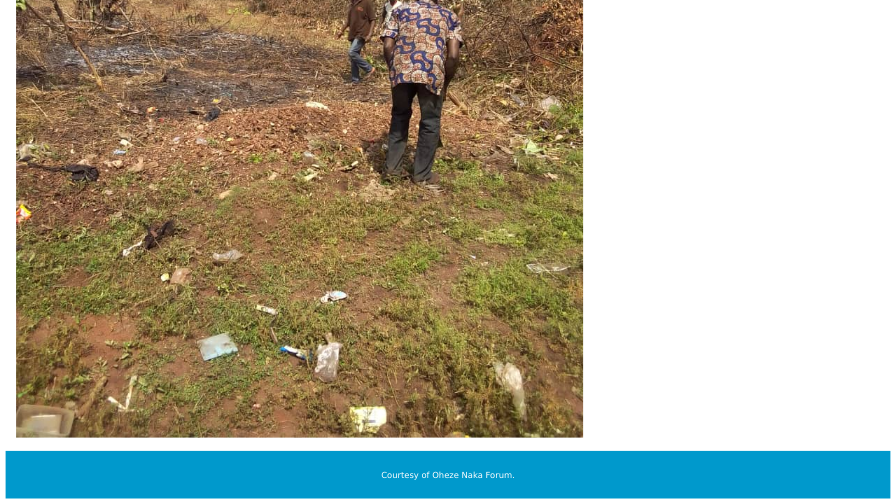
Repository: OtasowieRotimiOsifo/oheze-naka-forum
Page: projects_update_info.html
An editor plug-in stored every save of this project. The page is shown before and after the next save, followed by the edit.
The browser window is 1280 px wide. The pictures show the part of the page from y = 863 to 2783 px (the page is 1583 px tall before and 2783 px after), at 70% of full size.

Above is the page before, as saved 2021-07-23 23:35:55.

### projects_update_info.html
<!DOCTYPE html>
<html lang="en">

<meta name="viewport" content="width=device-width, initial-scale=1.0">
<style>
* {
  box-sizing: border-box;
}

.row::after {
  content: "";
  clear: both;
  display: table;
}

[class*="col-"] {
  float: left;
  padding: 15px;
}

html {
  font-family: "Lucida Sans", sans-serif;
}

.header {
  background-color: #9933cc;
  color: #ffffff;
  padding: 15px;
}

.menu ul {
  list-style-type: none;
  margin: 0;
  padding: 0;
}

.menu li {
  padding: 8px;
  margin-bottom: 7px;
  background-color: #33b5e5;
  color: #ffffff;
  box-shadow: 0 1px 3px rgba(0,0,0,0.12), 0 1px 2px rgba(0,0,0,0.24);
}

.menu li:hover {
  background-color: #0099cc;
}

.aside {
  background-color: #4E38A9;
  padding: 15px;
  color: #ffffff;
  text-align: center;
  font-size: 14px;
  box-shadow: 0 1px 3px rgba(0,0,0,0.12), 0 1px 2px rgba(0,0,0,0.24);
}

.footer {
  background-color: #0099cc;
  color: #ffffff;
  text-align: center;
  font-size: 12px;
  padding: 15px;
}

/* For mobile phones: */
[class*="col-"] {
  width: 100%;
}

@media only screen and (min-width: 600px) {
  /* For tablets: */
  .col-s-1 {width: 8.33%;}
  .col-s-2 {width: 16.66%;}
  .col-s-3 {width: 25%;}
  .col-s-4 {width: 33.33%;}
  .col-s-5 {width: 41.66%;}
  .col-s-6 {width: 50%;}
  .col-s-7 {width: 58.33%;}
  .col-s-8 {width: 66.66%;}
  .col-s-9 {width: 75%;}
  .col-s-10 {width: 83.33%;}
  .col-s-11 {width: 91.66%;}
  .col-s-12 {width: 100%;}
}
@media only screen and (min-width: 768px) {
  /* For desktop: */
  .col-1 {width: 8.33%;}
  .col-2 {width: 16.66%;}
  .col-3 {width: 25%;}
  .col-4 {width: 33.33%;}
  .col-5 {width: 41.66%;}
  .col-6 {width: 50%;}
  .col-7 {width: 58.33%;}
  .col-8 {width: 66.66%;}
  .col-9 {width: 75%;}
  .col-10 {width: 83.33%;}
  .col-11 {width: 91.66%;}
  .col-12 {width: 100%;}
}
</style>
<head>
<title> Project Updates </title>
</head>
<body>

<div class="header">
  <h1>Project Updates</h1>
</div>
<div class="row">
  <h2>Primary School Renovation Project</h2>
  <div class="col-8 col-s-9">

      <ul>
        <li>Preparation of land for the construction of a new block of three classrooms</li>
        <li>Purchase of building materials for the construction project</li>
        <li>Moulding of blocks that will be used for the construction</li>
      </ul>
    </div>
  </div>
  <div class="row">
    <h2>Land Preparation</h2>
    <span>Preparation of the parcel of land for the project was performed by the indigenes residing in the village</span>
    <div  class="col-12 col-s-12">
      <img src="project_updates/ground-preparation.jpeg"/>
  </div>
  </div>

<div class="footer">
  <p>Courtesy of Oheze Naka Forum.</p>
</div>

</body>
</html>

After the next save:
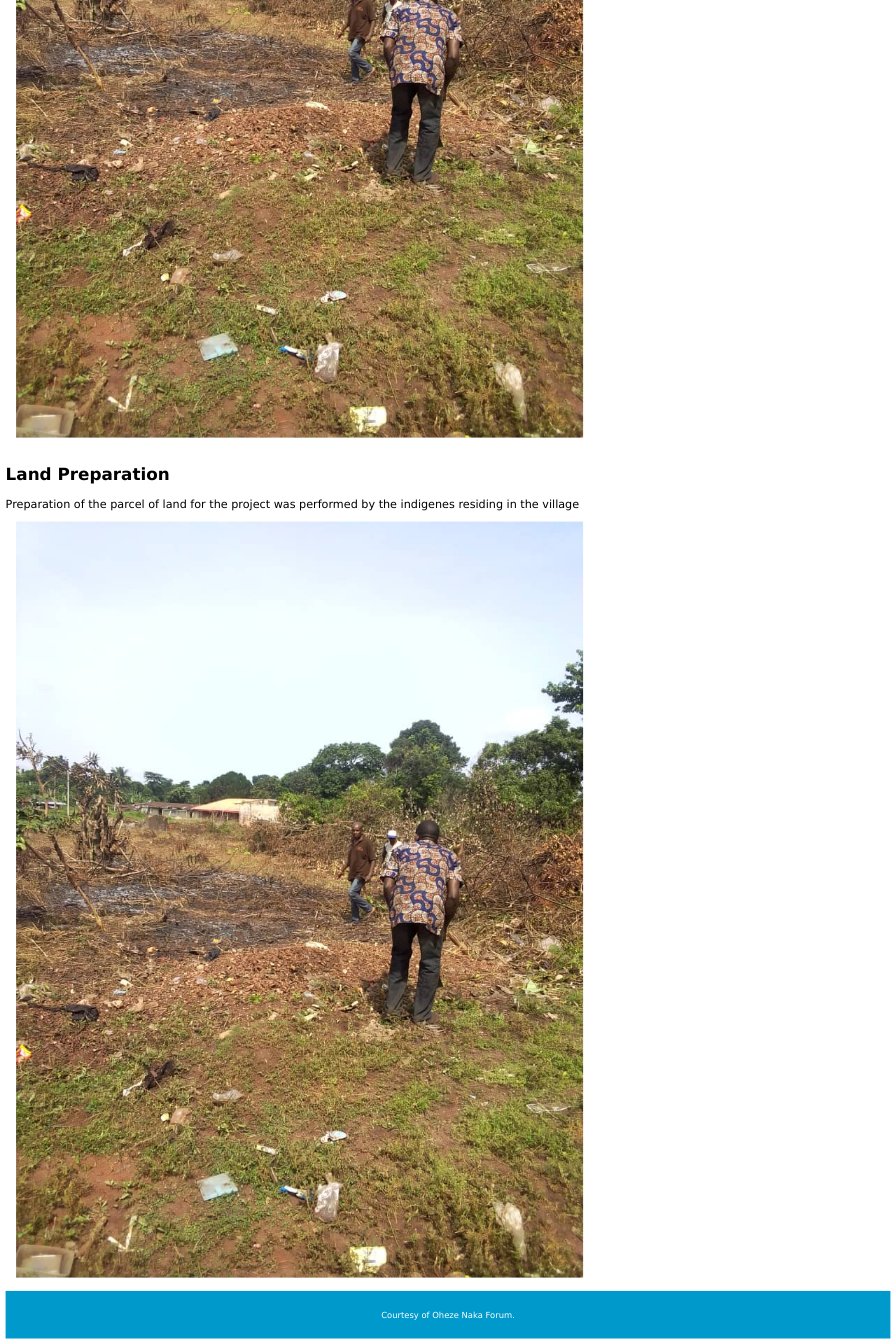
Saved 42 s later.
--- a/projects_update_info.html
+++ b/projects_update_info.html
@@ -125,7 +125,13 @@ html {
       <img src="project_updates/ground-preparation.jpeg"/>
   </div>
   </div>
-
+  <div class="row">
+    <h2>Land Preparation</h2>
+    <span>Preparation of the parcel of land for the project was performed by the indigenes residing in the village</span>
+    <div  class="col-12 col-s-12">
+      <img src="project_updates/ground-preparation.jpeg"/>
+  </div>
+  </div>
 <div class="footer">
   <p>Courtesy of Oheze Naka Forum.</p>
 </div>
